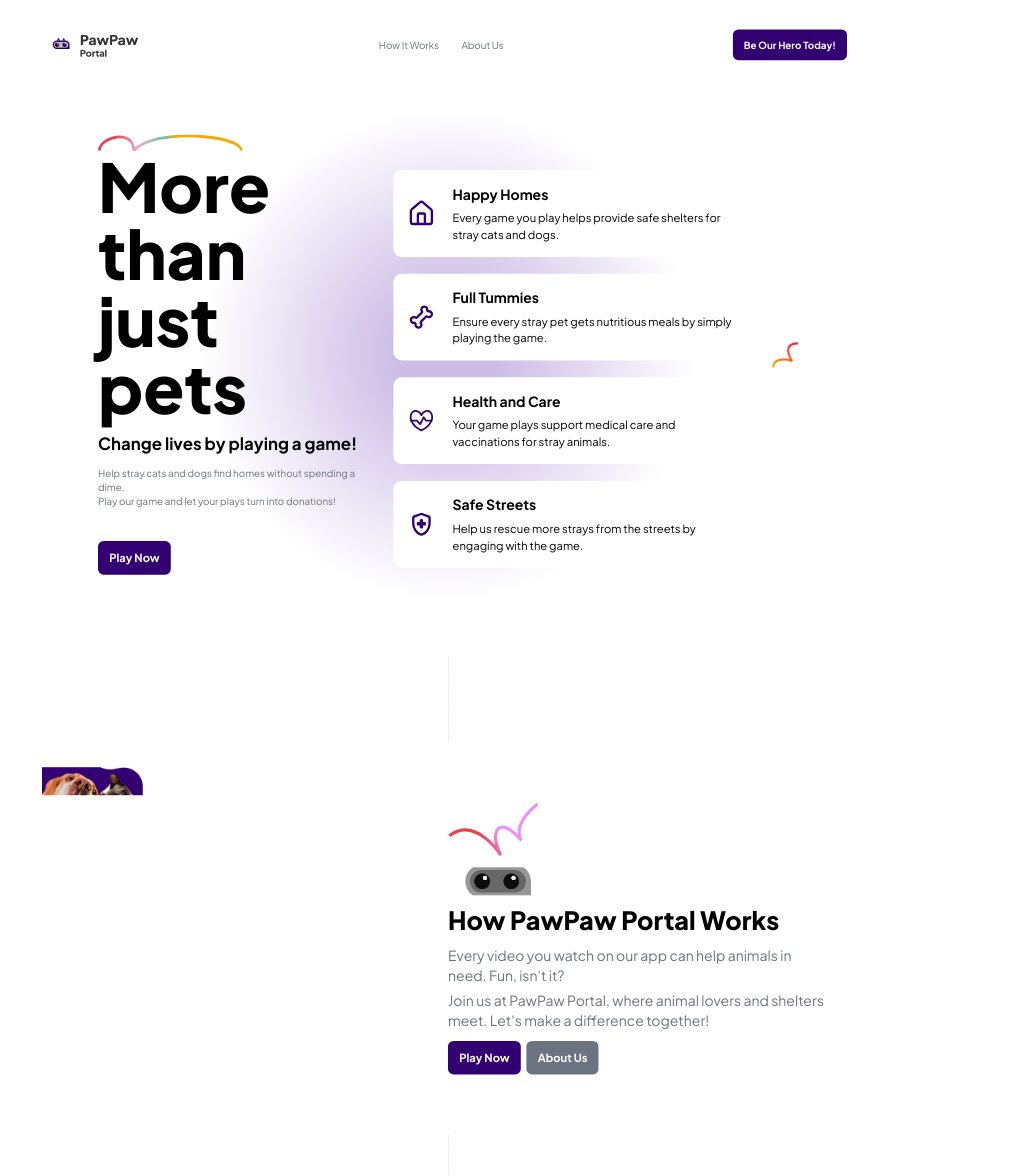
Repository: paskasiregar/pawpawwebsite
Page: /
The author's editor kept a copy of each file at every save. The page is drawn from the files as they stood at one save, then again after the next save.
The browser window is 1280 px wide. The page is 1450 px wide, so the pictures cover 1450 px, including what lies to the right of the window. The pictures show the part of the page from y = 0 to 1680 px (the page is 3234 px tall), at 70% of full size.
The project was rebuilt for these pictures with package versions that can differ from the ones it lists, and the page was loaded fresh each time. The framework's server and built-in components were replaced by stand-ins that run in the browser. Also part of the build but not shown: next.config.js, next.config.mjs.

Above is the page before, as saved 2024-07-30 20:31:41.

### src/app/page.js
import { Contact } from "@/components/contact";
import { Divider } from "@/components/divider";
import { Footer } from "@/components/footer";
import { Header } from "@/components/header";
import CTA from "@/components/CTA";
import Hero from "@/components/hero";
import PrimaryButton from "@/components/primaryButton";
import SecButton from "@/components/secButton";
import Image from "next/image";
import logoImage from "../assets/inverse.png";
import bannerImage from "../assets/banner.png";

export default async function Home() {
  return (
    <div className="w-full font-plus-jakarta m-auto flex min-h-screen flex-col items-center justify-between py-4 md:py-8">
      <section className="space-y-4 w-full px-2 md:px-4">
        <div className="centeredcontainer main-container">
          <Header />
        </div>
        <main className="main-container">
          <Hero />
          <Divider />
          <div className="self-stretch bg-white flex flex-col md:flex-row">
            <div className="flex-1 relative h-48 md:h-[489px] z-[0]">
              <Image
                className="w-36 h-10 object-cover"
                alt="Logo"
                src={bannerImage}
                width={200}
                height={200}
              />
            </div>

            <div className="flex-1 flex flex-col items-center md:items-start justify-center gap-4 z-[1] p-4 md:p-8">
              <div className="space-y-4">
                <div className="flex justify-center md:justify-start">
                  <svg
                    width="130"
                    height="77"
                    viewBox="0 0 130 77"
                    fill="none"
                    xmlns="http://www.w3.org/2000/svg"
                  >
                    <path
                      d="M2.04016 48.038C39.1938 19.0059 75.4362 75.5193 75.4362 75.5193C58.6481 44.4597 70.5515 14.7701 105.05 54.8444C105.05 54.8444 88.8644 34.0647 127.885 2.52962"
                      stroke="url(#paint0_linear_545_35744)"
                      strokeWidth="4.42591"
                      strokeMiterlimit="10"
                      strokeLinejoin="bevel"
                    />
                    <defs>
                      <linearGradient
                        id="paint0_linear_545_35744"
                        x1="19.971"
                        y1="73.8863"
                        x2="126.116"
                        y2="-0.218346"
                        gradientUnits="userSpaceOnUse"
                      >
                        <stop offset="0.2868" stopColor="#E9404C" />
                        <stop offset="0.2967" stopColor="#EA475C" />
                        <stop offset="0.3252" stopColor="#EB5B85" />
                        <stop offset="0.3554" stopColor="#EB6CA8" />
                        <stop offset="0.3871" stopColor="#EC79C5" />
                        <stop offset="0.4209" stopColor="#EC84DB" />
                        <stop offset="0.4577" stopColor="#ED8BEB" />
                        <stop offset="0.4998" stopColor="#ED90F4" />
                        <stop offset="0.5589" stopColor="#ED91F7" />
                      </linearGradient>
                    </defs>
                  </svg>
                </div>
                <Image
                  className="w-36 h-10 object-cover"
                  alt="Logo"
                  src={logoImage}
                  width={120}
                  height={20}
                />
                <div className="flex flex-col items-center md:items-start">
                  <div className="relative font-extrabold text-2xl md:text-4xl text-center md:text-left">
                    How PawPaw Portal Works
                  </div>
                </div>
                <div className="self-stretch flex flex-col md:flex-row items-center md:items-start justify-start text-lg md:text-xl text-gray-500">
                  <div className="flex-1 flex flex-col items-center md:items-start justify-start">
                    <div className="self-stretch">
                      <p className="m-0 text-center md:text-left">
                        Every video you watch on our app can help animals in
                        need. Fun, isn't it?
                      </p>
                      <p className="m-2"></p>
                      <p className="m-0 text-center md:text-left">
                        Join us at PawPaw Portal, where animal lovers and
                        shelters meet. Let's make a difference together!
                      </p>
                    </div>
                  </div>
                </div>

                <div className="flex flex-col md:flex-row gap-2">
                  <PrimaryButton>Play Now</PrimaryButton>
                  <SecButton>About Us</SecButton>
                </div>
              </div>
            </div>
          </div>
          <Divider />
          <Contact />
        </main>
        <div className="w-full">
          <div>
            <CTA />
          </div>
          <Footer />
        </div>
      </section>
    </div>
  );
}

### src/app/globals.css
@import url("https://fonts.googleapis.com/css2?family=Plus+Jakarta+Sans:wght@400;600;700;800&display=swap");

@tailwind base;
@tailwind components;
@tailwind utilities;

body {
  font-family: "Plus Jakarta Sans", sans-serif;
}

.hero-bg {
  display: flex;
  background: radial-gradient(
    circle,
    rgb(204, 188, 230) 10%,
    rgb(255, 255, 255) 50%
  );
}

.cta-container {
  display: flex;
  justify-content: center;
  align-items: center;
  position: relative;
  background: radial-gradient(circle, rgb(14, 4, 4) 0%, rgb(14, 1, 51) 100%);
  padding: 20px;
  gap: 20px;
  min-height: 200px;
}

.cta-button {
  display: inline-block;
  padding: 20px 40px;
  font-size: 24px;
  font-weight: bold;
  color: white;
  background: black;
  border-radius: 40px;
  position: relative;
  z-index: 1;
  overflow: hidden;
  transition: all 0.3s ease;
  text-align: center;
}

.cta-button::before {
  content: "";
  position: absolute;
  top: -2px;
  left: -2px;
  right: -2px;
  bottom: -2px;
  background: linear-gradient(
    90deg,
    rgb(255, 244, 97) 0%,
    rgb(187, 61, 255) 50%,
    rgb(142, 23, 23) 100%
  );
  z-index: -1;
  border-radius: inherit;
}

.cta-button::after {
  content: "";
  position: absolute;
  top: 2px;
  left: 2px;
  right: 2px;
  bottom: 2px;
  background: black;
  z-index: -1;
  border-radius: inherit;
}

.cta-button:hover {
  color: rgb(237, 246, 133);
  background: white;
}

.footer-bg {
  background: radial-gradient(circle, rgb(14, 4, 4) 0%, rgb(14, 1, 51) 100%);
  color: white;
  text-align: center;
  padding: 20px;
}

.centeredcontainer {
  width: 100vw;
  height: auto;
}

.main-container {
  width: 100%;
  max-width: 1200px;
  margin: 0 auto;
  padding: 0 20px;
}
.header-content {
  display: flex;
  flex-direction: row;
  align-items: center;
  justify-content: space-between;
}

.header-logo-button {
  display: flex;
  flex-direction: row;
  align-items: center;
  gap: 16px; /* Adjust spacing as needed */
}

### src/components/contact.jsx
import React from "react";
import PrimaryButton from "@/components/primaryButton";
import NameInput from "./nameInput";
import EmailInput from "./emailInput";
import MessageInput from "./mesageInput";

export const Contact = () => {
  return (
    <div className="font-plus-jakarta flex flex-col items-center justify-center py-16 px-4 md:px-[200px] gap-[40px] text-29xl">
      <div className="flex justify-start items-start">
        <svg
          width="1620"
          height="188"
          viewBox="0 0 1620 188"
          fill="none"
          xmlns="http://www.w3.org/2000/svg"
        >
          <path
            d="M1891 188C1891 100.375 1784.67 29.342 1653.5 29.342C1522.34 29.342 1413.53 100.375 1413.53 188C1413.53 122.37 1317.84 69.158 1199.78 69.158C1081.72 69.158 986.029 122.362 986.029 188C986.029 85.8274 930.825 3 862.735 3C794.645 3 737.369 85.8274 737.369 188C737.369 108.853 646.33 44.6865 534.029 44.6865C421.728 44.6865 330.689 108.853 330.689 188C330.689 134.381 239.649 90.9105 127.349 90.9105C15.0481 90.9105 -76 134.381 -76 188"
            stroke="url(#paint0_linear_545_35799)"
            stroke-width="6"
            stroke-miterlimit="10"
            stroke-linejoin="bevel"
          />
          <defs>
            <linearGradient
              id="paint0_linear_545_35799"
              x1="-84.5283"
              y1="91.1699"
              x2="1899.52"
              y2="91.1699"
              gradientUnits="userSpaceOnUse"
            >
              <stop offset="0.0224" stop-color="#EBADD7" />
              <stop offset="1" stop-color="#FF2445" />
            </linearGradient>
          </defs>
        </svg>
      </div>
      <img
        className="w-36 h-10 object-cover"
        alt="Logo"
        src="https://i.ibb.co.com/wyKQbSt/banner-10.png"
      />
      <div className="flex justify-center text-4xl font-extrabold space-y-4">
        Contact Us
      </div>
      <div className="w-full flex flex-col items-start gap-[16px] text-base text-light-l800 font-regular-reg-2">
        <div className="w-full flex flex-col md:flex-row gap-[20px]">
          <div className="w-full md:w-1/2">
            <NameInput className="w-full" />
          </div>
          <div className="w-full md:w-1/2">
            <EmailInput className="w-full" />
          </div>
        </div>
        <div className="w-full">
          <MessageInput className="w-full" />
        </div>
      </div>
      <PrimaryButton>Send Now</PrimaryButton>
    </div>
  );
};

export default Contact;

### src/components/divider.jsx
export const Divider = () => {
  return (
    <div className="self-stretch h-[195px] flex flex-row items-center justify-center py-16 px-[130px] box-border">
      <div className="w-px relative box-border h-[121px] border-r-[1px] border-dashed border-gray-300" />
    </div>
  );
};

### src/components/header.jsx
import Link from "next/link";
import PrimaryButton from "@/components/primaryButton";
import React from "react";
import Image from "next/image";
import logoHeaderImage from "../assets/banner-10.png";

export const Header = () => {
  return (
    <div className="font-plus-jakarta w-full flex flex-col items-center justify-center text-left text-gray-500">
      <div className="self-stretch bg-white flex flex-col items-center justify-center text-sm">
        <div className="w-full header-content p-2.5 box-border">
          <Link href="/">
            <Image
              className="w-36 h-10 object-cover"
              alt="Logo"
              src={logoHeaderImage}
              width={120}
              height={20}
            />
          </Link>
          <div className="hidden md:flex flex-row items-center justify-center gap-8">
            <div className="relative">How It Works</div>
            <div className="relative">About Us</div>
          </div>
          <div className="header-logo-button">
            <PrimaryButton>Be Our Hero Today!</PrimaryButton>
          </div>
        </div>
      </div>
    </div>
  );
};

export default Header;

### src/components/CTA.jsx
import React from "react";
import Link from "next/link";

const CTA = () => {
  return (
    <div className="cta-container font-plus-jakarta p-4 md:p-8 flex flex-col md:flex-row items-center justify-center">
      <svg
        className="cta-decoration mb-4 md:mb-0 md:mr-4"
        width="48"
        height="46"
        viewBox="0 0 48 46"
        fill="none"
        xmlns="http://www.w3.org/2000/svg"
      >
        <path
          d="M2 46C2 27.296 29.551 30.0086 36.5736 34.5625C36.5736 34.5625 14.4611 2 47.5714 2"
          stroke="url(#cta_gradient)"
          strokeWidth="3.92857"
          strokeMiterlimit="10"
          strokeLinejoin="bevel"
        />
        <defs>
          <linearGradient
            id="cta_gradient"
            x1="37.3571"
            y1="2"
            x2="7.5"
            y2="46"
            gradientUnits="userSpaceOnUse"
          >
            <stop stopColor="#FF2445" />
            <stop offset="1" stopColor="#F5AB0E" />
          </linearGradient>
        </defs>
      </svg>
      <Link href="/game">
        <div className="cta-button text-center bg-gradient-to-r from-orange-500 to-pink-500 text-white font-bold py-2 px-4 rounded-lg shadow-lg cursor-pointer">
          Play Our Game Now
        </div>
      </Link>
    </div>
  );
};

export default CTA;

### src/components/primaryButton.jsx
import React from "react";

const PrimaryButton = ({ children, onClick }) => {
  return (
    <button
      className="self-stretch  bg-inherit-320071 hover:bg-blue-700 text-white font-bold px-4 py-3 rounded-lg"
      onClick={onClick}
    >
      {children}
    </button>
  );
};

export default PrimaryButton;

### src/components/secButton.jsx
import React from "react";

const SecButton = ({ children, onClick }) => {
  return (
    <button
      className="bg-gray-500 hover:bg-gray-700 text-white font-bold py-2 px-4 rounded-lg"
      onClick={onClick}
    >
      {children}
    </button>
  );
};

export default SecButton;

### src/components/nameInput.jsx
import React from "react";

const NameInput = ({ value, onChange }) => {
  return (
    <div className="mb-4">
      <label
        className="block text-gray-700 text-sm font-bold mb-2"
        htmlFor="name"
      >
        Name
      </label>
      <input
        id="name"
        type="text"
        value={value}
        onChange={onChange}
        className="shadow appearance-none border rounded w-full py-2 px-3 text-gray-700 leading-tight focus:outline-none focus:shadow-outline"
        placeholder="Your Name"
      />
    </div>
  );
};

export default NameInput;

### src/components/emailInput.jsx
import React from "react";

const EmailInput = ({ value, onChange }) => {
  return (
    <div className="mb-4">
      <label
        className="block text-gray-700 text-sm font-bold mb-2"
        htmlFor="email"
      >
        Email
      </label>
      <input
        id="email"
        type="email"
        value={value}
        onChange={onChange}
        className="shadow appearance-none border rounded w-full py-2 px-3 text-gray-700 leading-tight focus:outline-none focus:shadow-outline"
        placeholder="Your Email"
      />
    </div>
  );
};

export default EmailInput;

### src/components/mesageInput.jsx
import React from "react";

const MessageInput = ({ value, onChange }) => {
  return (
    <div className="mb-4">
      <label
        className="block text-gray-700 text-sm font-bold mb-2"
        htmlFor="message"
      >
        Message
      </label>
      <textarea
        id="message"
        value={value}
        onChange={onChange}
        className="shadow appearance-none border rounded w-full py-2 px-3 text-gray-700 leading-tight focus:outline-none focus:shadow-outline"
        placeholder="Your Message"
        rows="5"
      />
    </div>
  );
};

export default MessageInput;

Loaded but not shown: src/app/layout.js (common file); tailwind.config.js (24 lines, source omitted); src/components/hero.jsx (211 lines, source omitted); src/components/footer.jsx (164 lines, source omitted)

After the next save:
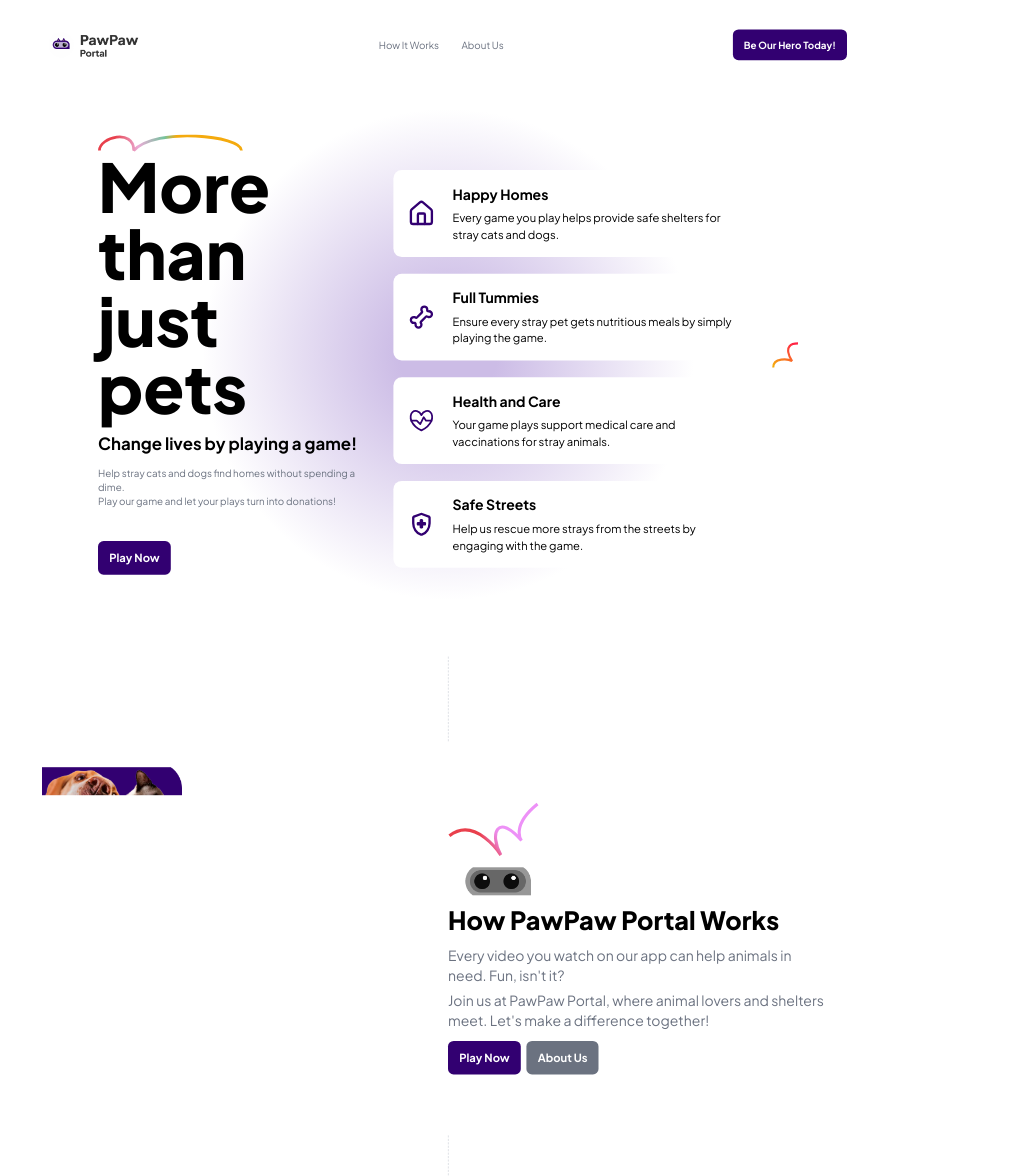
Saved 14 s later.
--- a/src/app/page.js
+++ b/src/app/page.js
@@ -23,7 +23,7 @@ export default async function Home() {
           <div className="self-stretch bg-white flex flex-col md:flex-row">
             <div className="flex-1 relative h-48 md:h-[489px] z-[0]">
               <Image
-                className="w-36 h-10 object-cover"
+                className="w-200 h-10 object-cover"
                 alt="Logo"
                 src={bannerImage}
                 width={200}
